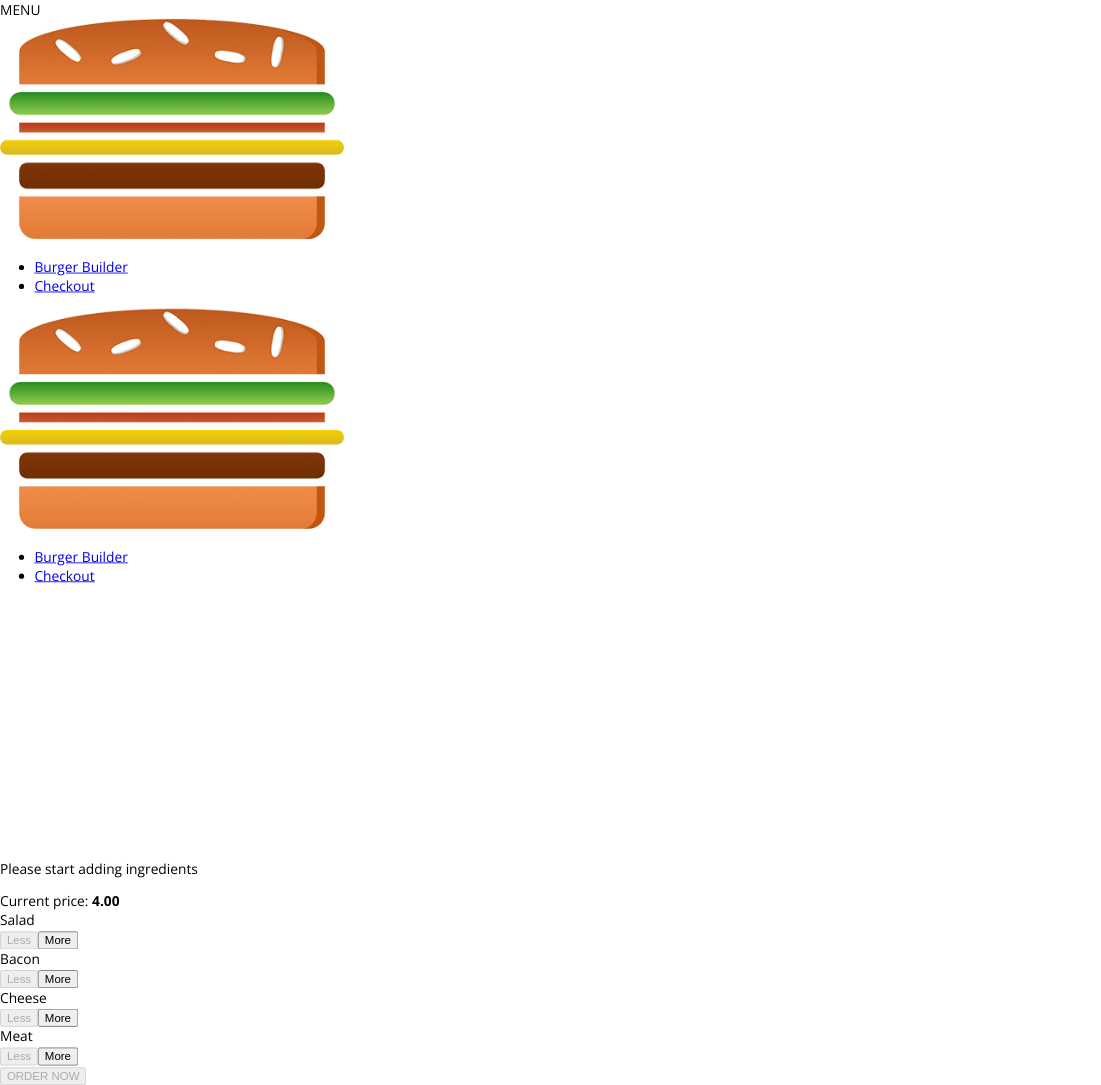
Repository: dunbom6612/burger-builder-app
Page: /
These files come from the project's save history. The page is drawn as it stood at one moment and after the next save; the edit follows.
The browser window is 1280 px wide. The pictures show the whole page, at 86% of full size.
The project was rebuilt for these pictures with package versions that can differ from the ones it lists, and the page was loaded fresh each time. Also part of the build but not shown: src/components/Layout/Layout.css, src/components/Navigation/Toolbar/Toolbar.css, src/components/Logo/Logo.css, src/components/Navigation/NavigationItems/NavigationItems.css, src/components/Navigation/NavigationItems/NavigationItem/NavigationItem.css, src/components/Navigation/SideDrawer/SideDrawer.css, src/components/UI/Backdrop/Backdrop.css, src/components/Burger/Burgeringredient/Burgeringredient.css and 5 more.

Above is the page before, as saved 2020-08-01 12:59:34.

After the next save:
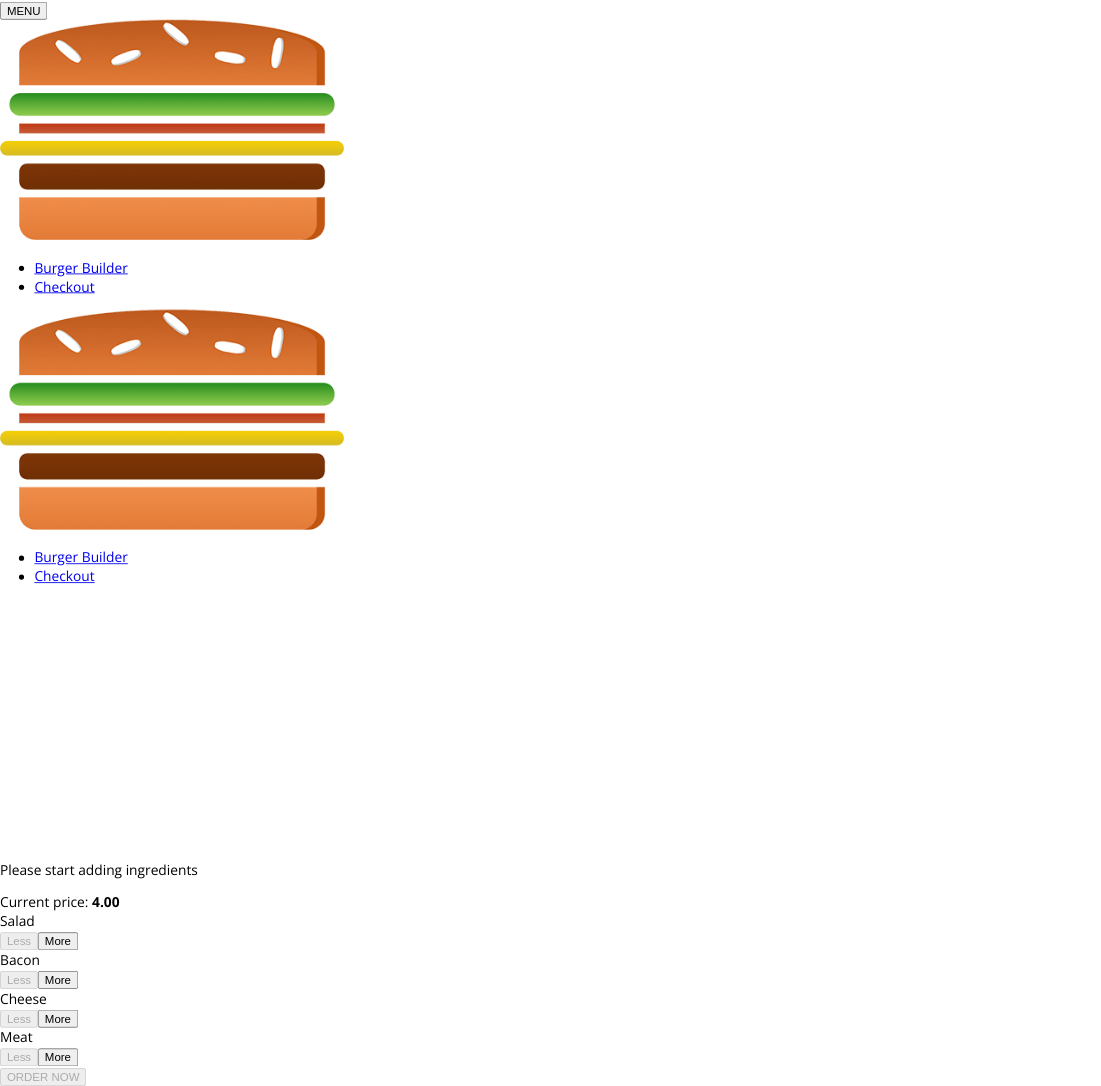
Saved 9 h 21 min later.
--- a/src/components/Navigation/Toolbar/Toolbar.js
+++ b/src/components/Navigation/Toolbar/Toolbar.js
@@ -5,7 +5,7 @@ import NavigationItems from '../NavigationItems/NavigationItems'
 
 const toolbar = (props) => (
   <header className={classes.Toolbar}>
-    <div>MENU</div>
+    <button>MENU</button>
     <div className={classes.Logo}>
         <Logo />
     </div>
